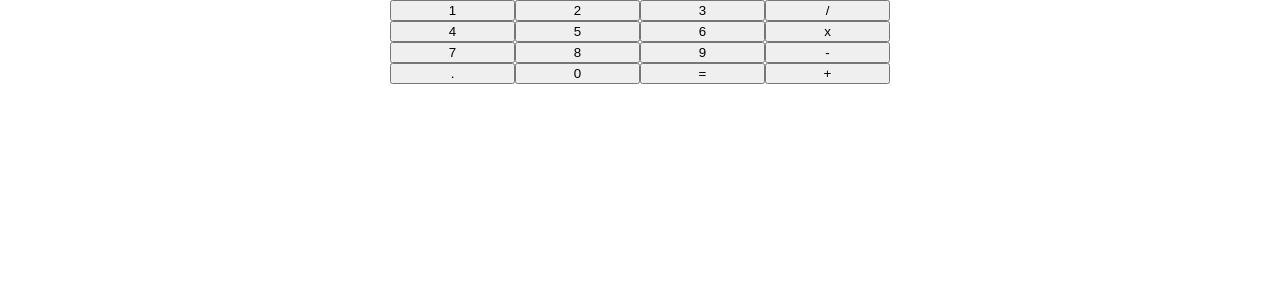
Repository: hoangphuong965/calculator_react
Page: /
An editor plug-in stored every save of this project. The page is shown before and after the next save, followed by the edit.
The browser window is 1280 px wide. The pictures show the whole page.
The project was rebuilt for these pictures with package versions that can differ from the ones it lists, and the page was loaded fresh each time.

Above is the page before, as saved 2020-08-04 08:08:03.

### src/App.js
import React from "react";
import "./App.css";
import Key from "./component/Key";

function App() {
  return <div className="App">
    <Key />
  </div>;
}

export default App;

### src/App.css
.App {
  text-align: center;
  width: 500px;
  margin: auto;
}

.App-logo {
  height: 40vmin;
  pointer-events: none;
}

@media (prefers-reduced-motion: no-preference) {
  .App-logo {
    animation: App-logo-spin infinite 20s linear;
  }
}

.App-header {
  background-color: #282c34;
  min-height: 100vh;
  display: flex;
  flex-direction: column;
  align-items: center;
  justify-content: center;
  font-size: calc(10px + 2vmin);
  color: white;
}

.App-link {
  color: #61dafb;
}

@keyframes App-logo-spin {
  from {
    transform: rotate(0deg);
  }
  to {
    transform: rotate(360deg);
  }
}



.key-number{
  display: grid;
  grid-template-columns: 1fr 1fr 1fr 1fr;
}

### src/component/Key.js
import React from "react";

function Key() {
  return (
    <div className="key">
      <div className="key-controls"></div>
      <div className="key-number">
        <button className="data-key">1</button>
        <button className="data-key">2</button>
        <button className="data-key">3</button>
        <button className="data-key">/</button>
        <button className="data-key">4</button>
        <button className="data-key">5</button>
        <button className="data-key">6</button>
        <button className="data-key">x</button>
        <button className="data-key">7</button>
        <button className="data-key">8</button>
        <button className="data-key">9</button>
        <button className="data-key">-</button>
        <button className="data-key">.</button>
        <button className="data-key">0</button>
        <button className="data-key">=</button>
        <button className="data-key">+</button>
      </div>
    </div>
  );
}

export default Key;

Loaded but not shown: public/index.html (common file); src/index.js (common file); src/index.css (common file); src/serviceWorker.js (common file)

After the next save:
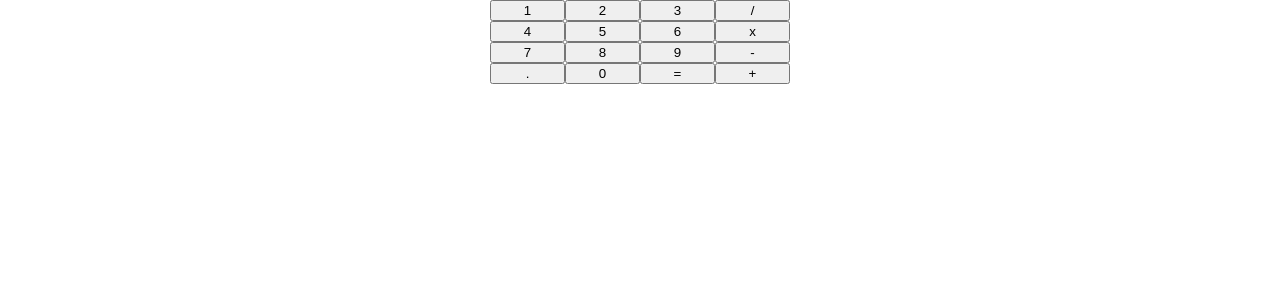
Saved 4 s later.
--- a/src/App.css
+++ b/src/App.css
@@ -1,6 +1,6 @@
 .App {
   text-align: center;
-  width: 500px;
+  width: 300px;
   margin: auto;
 }
 
